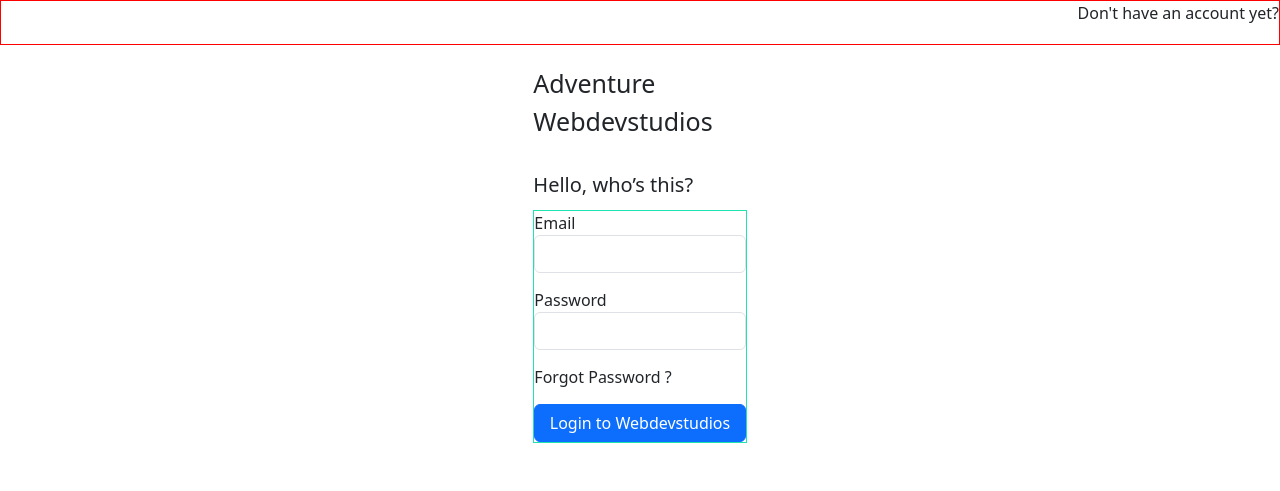
Repository: nnbxxx/React-Untimate
Page: /login
These files come from the project's save history. The page is drawn as it stood at one moment and after a run of saves; the edit follows.
The browser window is 1280 px wide. The pictures show the whole page.
The project was rebuilt for these pictures with package versions that can differ from the ones it lists, and the page was loaded fresh each time. Also part of the build but not shown: src/components/Header/header.js, src/App.js, src/components/User/User.js, src/components/Admin/SideBar.scss, src/components/Admin/SideBar.js, src/components/Admin/Admin.scss, src/components/Admin/Admin.js, src/components/Home/HomePage.js and 11 more. Imported but missing from the stored project, and not drawn on this page: src/assets/video-homepage.webm.

Above is the page before, as saved 2023-04-12 20:42:41.

After the next 2 saves:
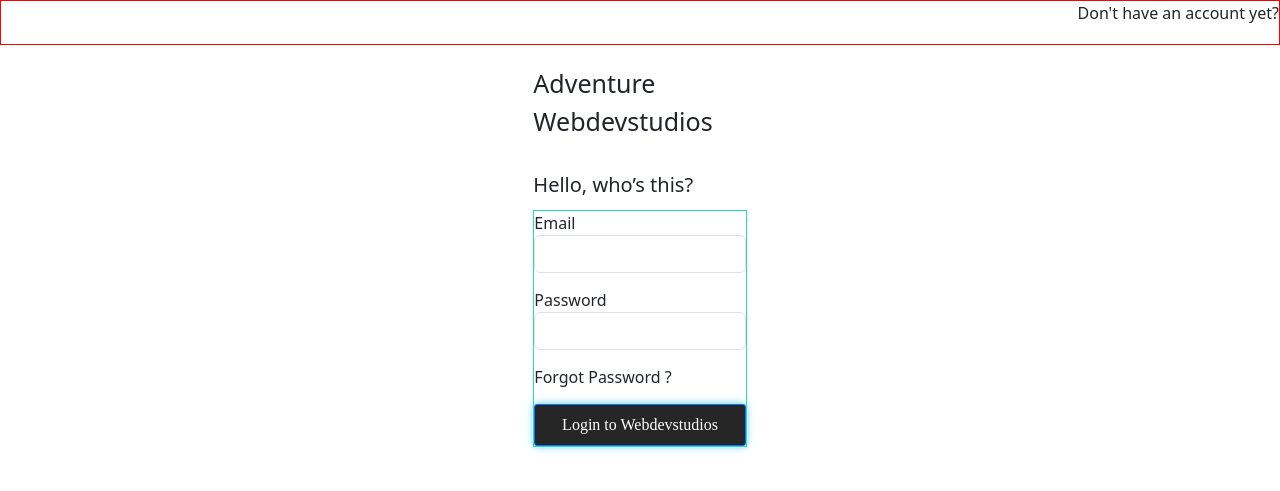
The 2 saves are shown as one change because 1 did not build or start.
The last was saved 42 s later.
--- a/src/components/Auth/Login.scss
+++ b/src/components/Auth/Login.scss
@@ -23,6 +23,14 @@
     }
     .btn-submit {
       width: 100%;
+      align-items: flex-start;
+      background-color: #262627;
+      border-radius: 3px;
+      box-shadow: #51cbee 0px 0px 8px 0px;
+      color: #ffffff;
+      font-family: apercu-pro;
+      line-height: 28px;
+      text-align: center;
     }
   }
 }
